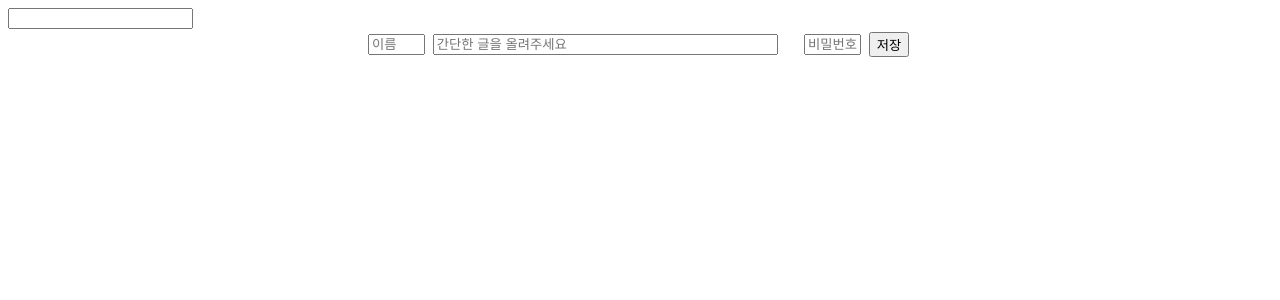
Repository: shbaksa/study
Page: http://localhost/mw_0616/memo/memo.jsp
An editor plug-in stored every save of this project. The page is shown before and after the next save, followed by the edit.
The browser window is 1280 px wide. The pictures show the whole page.
The page is served by Tomcat 9. Queries for data that is not in the repository find no rows.

Above is the page before, as saved 2022-06-16 07:15:29.

After the next save:
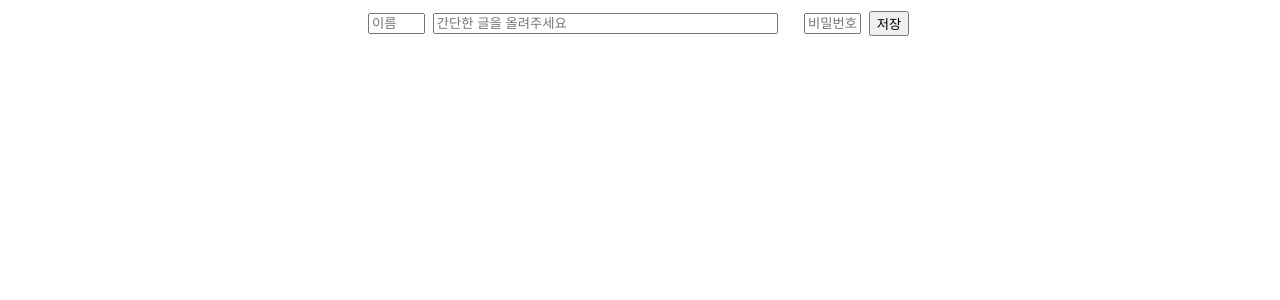
Saved 28 s later.
--- a/mw_0616/src/main/webapp/memo/memo.jsp
+++ b/mw_0616/src/main/webapp/memo/memo.jsp
@@ -32,7 +32,7 @@
 	<!-- 메모장 입력 폼 -->
 	<form name="pkc" method="post" action="memo_ok.jsp">
 	<table width="550" align="center">
-	<input type="text" name="id" >
+	<input type="hidden" name="id" >
 	<td> <input type="text" name="name" size="4" placeholder="이름"> </td>
 	<td> <input type="text" name="content" size="40" placeholder="간단한 글을 올려주세요"></td>
 	<td> <input type="password" name="pwd" size="4"placeholder="비밀번호"> </td>
